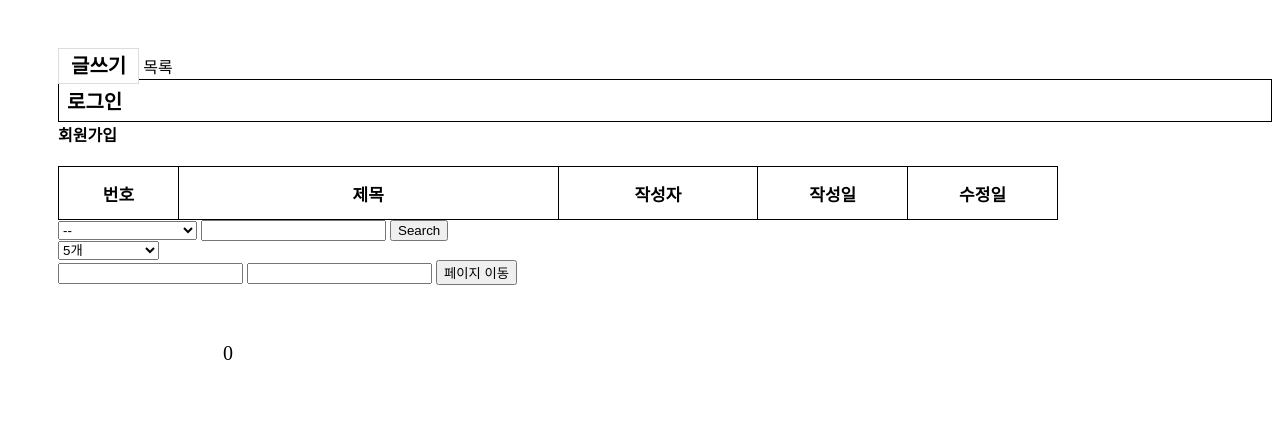
Repository: Shim-YoungDo/gaea-study
Page: http://localhost/study/WEB-INF/views/board/list.jsp
These files come from the project's save history. The page is drawn as it stood at one moment and after the next save; the edit follows.
The browser window is 1280 px wide. The pictures show the whole page.
The page is served by Tomcat 9. Nobody is signed in. The template is opened directly, without the code that normally fills it, so the values that code supplies are empty.

Above is the page before, as saved 2021-12-07 04:57:11.

After the next save:
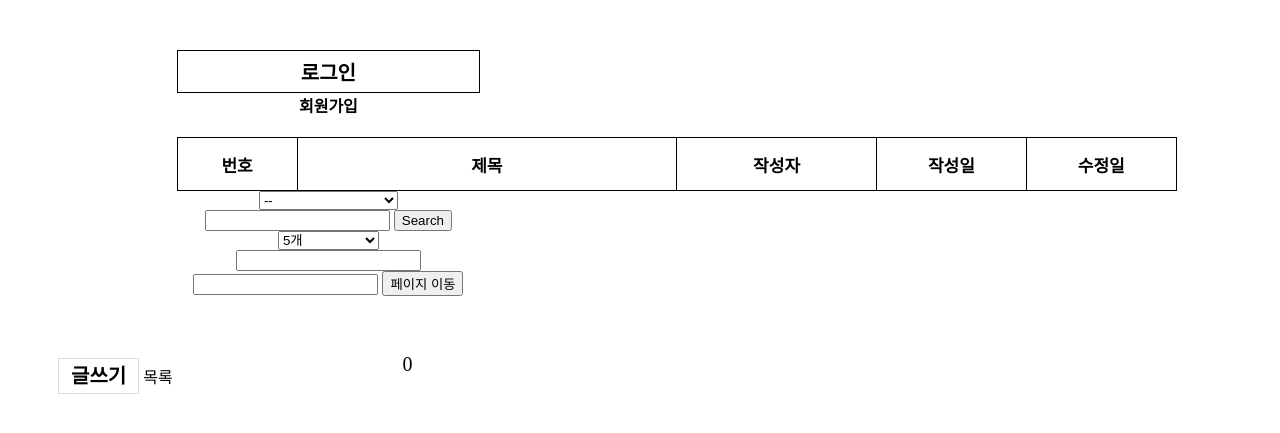
Saved 3 min 56 s later.
--- a/study/src/main/webapp/resources/css/board/list.css
+++ b/study/src/main/webapp/resources/css/board/list.css
@@ -53,6 +53,12 @@ a{
     padding: 7px;
     font-weight: 500;
   }
+  .login_area{
+	width:25%;
+	height:100%;
+	display:inline-block;
+	text-align:center;
+}
   .login_button{
   	font-size: 20px;
     padding: 6px 8px;
